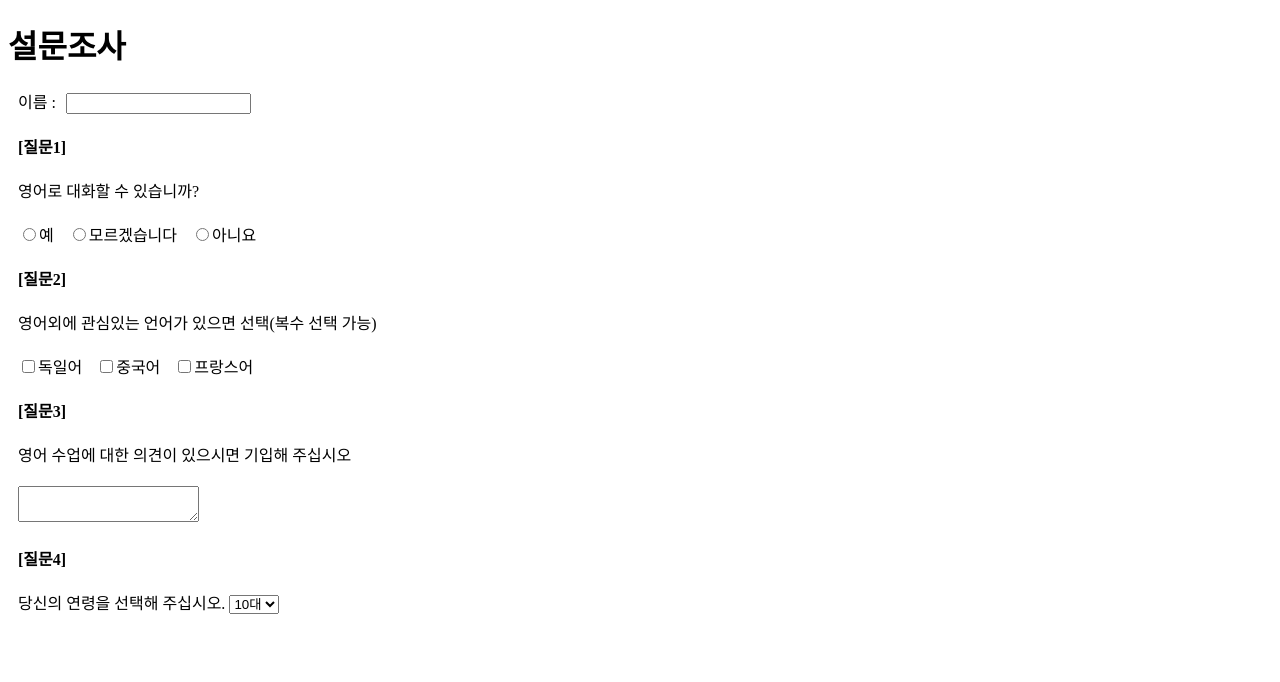
Repository: Jv2020/bitcamp
Page: html/sample05/WebContent/test02.html
An editor plug-in stored every save of this project. The page is shown before and after the next save, followed by the edit.
The browser window is 1280 px wide. The pictures show the whole page.

Above is the page before, as saved 2020-01-03 07:33:07.

### html/sample05/WebContent/test02.html
<!DOCTYPE html>
<html>
<head>
<meta charset="UTF-8">
<title>Insert title here</title>

<style>
em {display:block; font-weight:bold; font-style:normal;}
ul {padding:0;}
ul li {list-style:none; margin:20px 10px 10px;}
ul li p {}
ul li span {display:inline-block; margin-right:10px;}
</style>
</head>
<body>

<h1>설문조사</h1>
<form>
	<ul>
		<li><span>이름 :</span><input type="text"></li>
		<li><em>[질문1]</em></li>
		<li><p>영어로 대화할 수 있습니까?</p></li>
		<li>
			<input type="radio" name="english" value="예" ><span>예</span>
			<input type="radio" name="english" value="모르겠습니다" ><span>모르겠습니다</span>
			<input type="radio" name="english" value="아니요" ><span>아니요</span>
		<li>
		<li><em>[질문2]</em></li>
		<li><p>영어외에 관심있는 언어가 있으면 선택(복수 선택 가능)</p></li>
		<li>
			<input type="checkbox" value="예" ><span>독일어</span>
			<input type="checkbox" value="모르겠습니다" ><span>중국어</span>
			<input type="checkbox" value="아니요" ><span>프랑스어</span>
		<li>
		<li><em>[질문3]</em></li>
		<li><p>영어 수업에 대한 의견이 있으시면 기입해 주십시오</p></li>
		<li>
			<textarea></textarea>
		<li>
		<li><em>[질문4]</em></li>
		<li>
			<p>당신의 연령을 선택해 주십시오.
				<select name="age">
					<option value="10대">10대</option>
					<option value="20대">20대</option>
					<option value="30대">30대</option>
					<option value="40대">40대</option>
					<option value="50대">50대</option>
					<option value="60대">60대</option>
					<option value="70대">70대</option>
					<option value="80대">80대</option>
					<option value="90대">90대</option>
				</select>
			</p>
		</li>
	</ul>
</form>

</body>
</html>

After the next save:
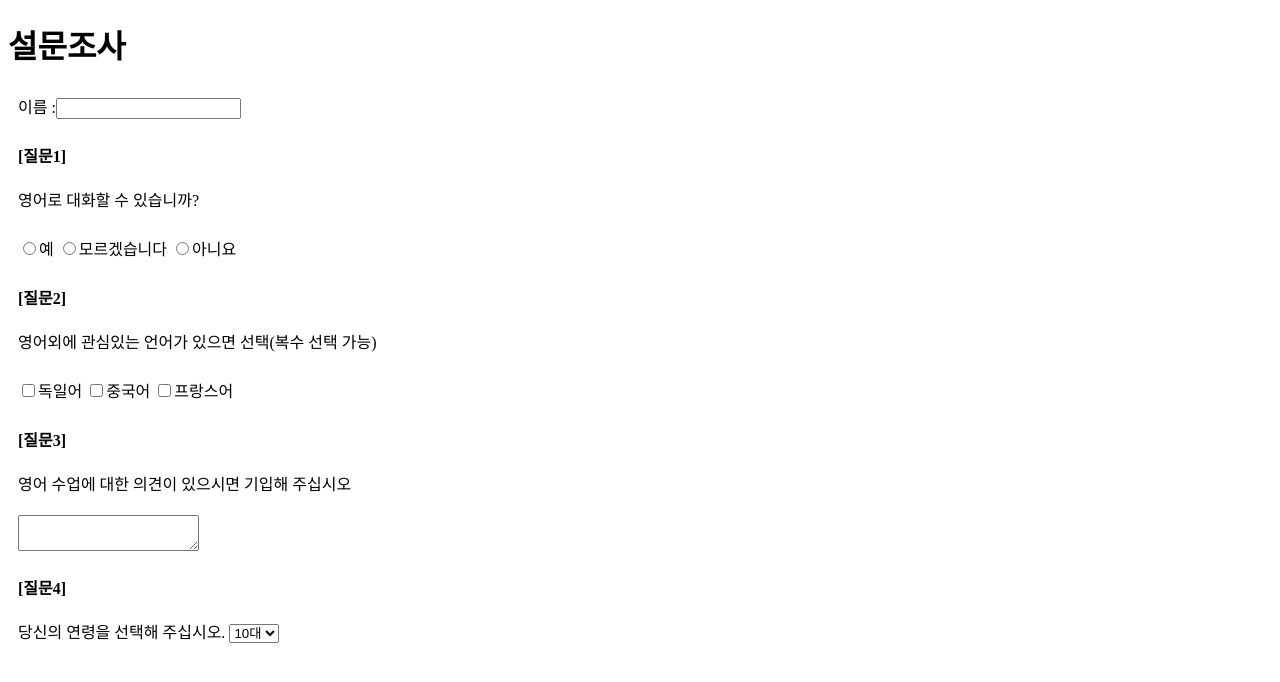
Saved 10 s later.
--- a/html/sample05/WebContent/test02.html
+++ b/html/sample05/WebContent/test02.html
@@ -9,7 +9,7 @@ em {display:block; font-weight:bold; font-style:normal;}
 ul {padding:0;}
 ul li {list-style:none; margin:20px 10px 10px;}
 ul li p {}
-ul li span {display:inline-block; margin-right:10px;}
+ul li span {display:inline-block; margin:5px 0;}
 </style>
 </head>
 <body>
